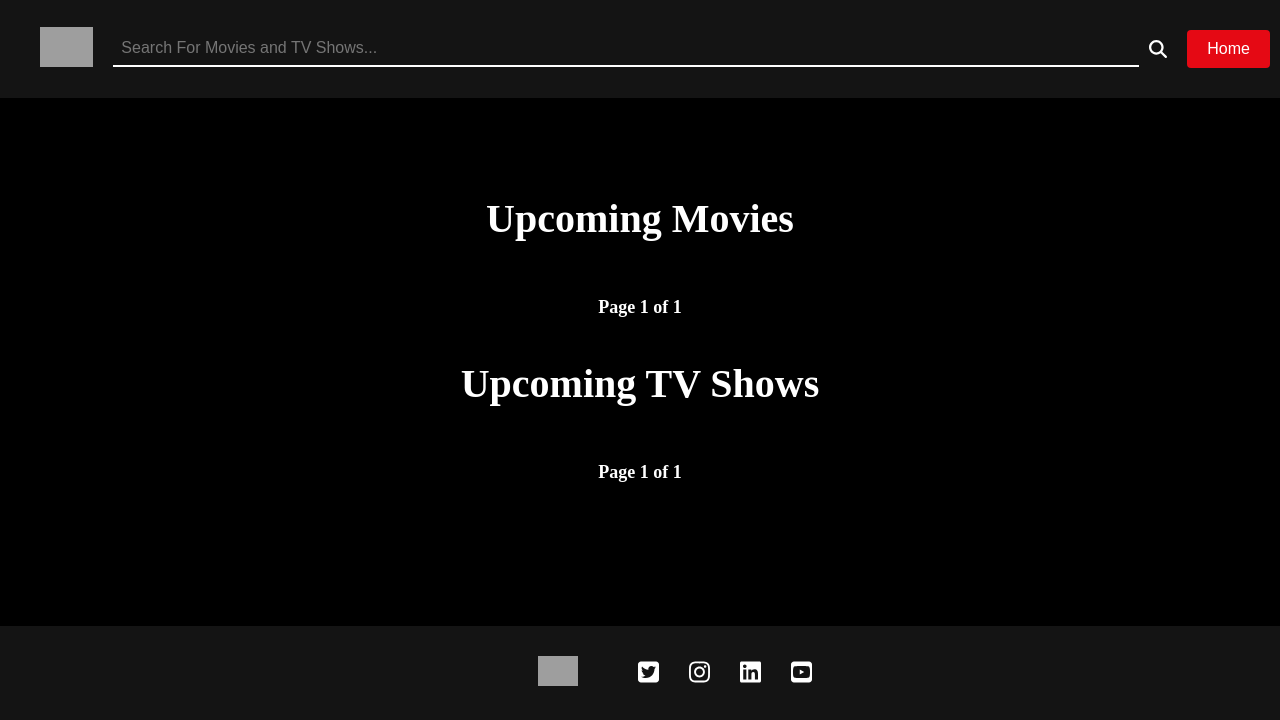
Repository: philh4420/MovieDB-2
Page: /
These files come from the project's save history. The page is drawn as it stood at one moment and after the next save; the edit follows.
The browser window is 1280 px wide. The pictures show the whole page.
Pictures or frames that could not be fetched are drawn as grey boxes. The page's requests for data from a server got no answer. The project was rebuilt for these pictures with package versions that can differ from the ones it lists, and the page was loaded fresh each time. No one was signed in, and anything a server would have sent is missing. Also part of the build but not shown: src/components/SearchResults.js, src/components/MovieDetails.js, src/components/CastDetails.css, src/components/CastDetails.js, src/components/TVShowDetails.css, src/components/TvShowDetails.js, src/App.css.

Above is the page before, as saved 2023-06-21 16:37:37.

### src/index.js
import React from 'react';
import { createRoot } from 'react-dom/client';
import { Router } from 'wouter';
import App from './App';

createRoot(document.getElementById('root')).render(
  <Router>
    <App />
  </Router>
);

### src/App.js
import React from 'react';
import { Router, Route } from 'wouter';
import { library } from '@fortawesome/fontawesome-svg-core';
import { faSearch } from '@fortawesome/free-solid-svg-icons';
import Header from './components/Header';
import Footer from './components/Footer';
import Home from './components/Home';
import SearchResults from './components/SearchResults';
import MovieDetails from './components/MovieDetails';
import CastDetails from './components/CastDetails';
import TVShowDetails from './components/TvShowDetails';
import './App.css';

// Add the Font Awesome icon to the library
library.add(faSearch);

const App = () => {
  return (
    <Router>
      <div>
        <Header />
        <Route path="/" component={Home} />
        <Route path="/search/:query" component={SearchResults} />
        <Route path="/movies/:id" component={MovieDetails} />
        <Route path="/tvshows/:id" component={TVShowDetails} />
        <Route path="/cast/:id" component={CastDetails} />
        <Footer />
      </div>
    </Router>
  );
};

export default App;

### src/components/Header.js
import React, { useState } from 'react';
import { Link, useLocation } from 'wouter';
import { FontAwesomeIcon } from '@fortawesome/react-fontawesome';
import './Header.css';

const Header = () => {
  const [searchQuery, setSearchQuery] = useState('');
  const [, setLocation] = useLocation(); // Get the setLocation function from useLocation

  const handleSearch = (e) => {
    e.preventDefault();

    // Input validation
    if (searchQuery.trim() === '') {
      // Display an error message or disable the submit button
      return;
    }

    const query = encodeURIComponent(searchQuery);
    window.history.pushState(null, '', `/search/${query}`);
    setLocation(`/search/${query}`); // Use setLocation directly

    setSearchQuery('');
  };

  return (
    <header className="header">
      <div className="header__details">
        <div className="header__logo">
          <Link href="/">
            <img src="https://upload.wikimedia.org/wikipedia/commons/0/08/Netflix_2015_logo.svg" alt="Netflix Logo" />
          </Link>
        </div>
        <form onSubmit={handleSearch} className="header__search">
          <label htmlFor="searchInput" className="visually-hidden">
            Search For Movies and TV Shows
          </label>
          <input
            type="text"
            id="searchInput"
            placeholder="Search For Movies and TV Shows..."
            value={searchQuery}
            onChange={(e) => setSearchQuery(e.target.value)}
          />
          <button type="submit">
            <FontAwesomeIcon icon="search" className="search-icon" />
          </button>
        </form>

        <div className="header__buttons">
          <Link href="/">
            <button className="header__home-button">Home</button>
          </Link>
        </div>
      </div>
    </header>
  );
};

export default Header;

### src/components/Home.js
// Home.js
import React, { useEffect, useState } from 'react';
import axios from 'axios';
import PropTypes from 'prop-types';
import './Home.css';
import { Link } from 'wouter';
import { format } from 'date-fns';
import { formatDateUK } from './utils';

const apiKey = 'e7811799fcbd2c5fe1c7eed7a7955b7d';

const Home = () => {
  const [upcomingMovies, setUpcomingMovies] = useState([]);
  const [upcomingTVShows, setUpcomingTVShows] = useState([]);
  const [currentMoviePage, setCurrentMoviePage] = useState(1);
  const [totalMoviePages, setTotalMoviePages] = useState(1);
  const [currentTVShowPage, setCurrentTVShowPage] = useState(1);
  const [totalTVShowPages, setTotalTVShowPages] = useState(1);

  const fetchData = async (url, page, setData, setTotalPages) => {
    try {
      const currentDate = format(new Date(), 'yyyy-MM-dd');
      const response = await axios.get(
        `${url}?api_key=${apiKey}&language=en-US&primary_release_date.gte=${currentDate}&page=${page}`
      );
      const sortedData = response.data.results.sort((a, b) => new Date(a.release_date || a.first_air_date) - new Date(b.release_date || b.first_air_date));
      setData(sortedData);
      setTotalPages(response.data.total_pages);
    } catch (error) {
      console.error(`Error fetching data from ${url}:`, error);
    }
  };

  useEffect(() => {
    fetchData('https://api.themoviedb.org/3/movie/upcoming', currentMoviePage, setUpcomingMovies, setTotalMoviePages);
    fetchData('https://api.themoviedb.org/3/tv/on_the_air', currentTVShowPage, setUpcomingTVShows, setTotalTVShowPages);
  }, [currentMoviePage, currentTVShowPage]);

  const handleMoviePageChange = (pageNumber) => {
    setCurrentMoviePage(pageNumber);
  };

  const handleTVShowPageChange = (pageNumber) => {
    setCurrentTVShowPage(pageNumber);
  };

  return (
    <div className="home">
      <h1 className="title">Upcoming Movies</h1>
      <ul className="home__list">
        {upcomingMovies.map((movie) => (
          <li key={movie.id} className="home__item">
            <img src={`https://image.tmdb.org/t/p/w500/${movie.poster_path}`} alt={movie.title} className="home__image" />
            <div className="home__details">
              <h2 className="home__title">{movie.title}</h2>
              <p className="home__release-date">Release Date: {formatDateUK(movie.release_date)}</p>
              <p className="home__rating">Rating: {movie.vote_average}</p>
              <p className="home__overview">{movie.overview}</p>
              <Link to={`/movies/${movie.id}`}>
                <button className="home__details-button">View Details</button>
              </Link>
            </div>
          </li>
        ))}
      </ul>
      <div className="home__pagination">
        {currentMoviePage > 1 && (
          <button
            className="home__pagination-button home__pagination-previous"
            onClick={() => handleMoviePageChange(currentMoviePage - 1)}
          >
            &#8249;
          </button>
        )}
        <span className="home__pagination-page">
          Page {currentMoviePage} of {totalMoviePages}
        </span>
        {currentMoviePage < totalMoviePages && (
          <button
            className="home__pagination-button home__pagination-next"
            onClick={() => handleMoviePageChange(currentMoviePage + 1)}
          >
            &#8250;
          </button>
        )}
      </div>

      <h1 className="title">Upcoming TV Shows</h1>
      <ul className="home__list">
        {upcomingTVShows.map((tvShow) => (
          <li key={tvShow.id} className="home__item">
            <img src={`https://image.tmdb.org/t/p/w500/${tvShow.poster_path}`} alt={tvShow.name} className="home__image" />
            <div className="home__details">
              <h2 className="home__title">{tvShow.name}</h2>
              <p className="home__air-date">Air Date: {formatDateUK(tvShow.first_air_date)}</p>
              <p className="home__rating">Rating: {tvShow.vote_average}</p>
              <p className="home__overview">{tvShow.overview}</p>
              <Link to={`/tvshows/${tvShow.id}`}>
                <button className="home__details-button">View Details</button>
              </Link>
            </div>
          </li>
        ))}
      </ul>
      <div className="home__pagination">
        {currentTVShowPage > 1 && (
          <button
            className="home__pagination-button home__pagination-previous"
            onClick={() => handleTVShowPageChange(currentTVShowPage - 1)}
          >
            &#8249;
          </button>
        )}
        <span className="home__pagination-page">
          Page {currentTVShowPage} of {totalTVShowPages}
        </span>
        {currentTVShowPage < totalTVShowPages && (
          <button
            className="home__pagination-button home__pagination-next"
            onClick={() => handleTVShowPageChange(currentTVShowPage + 1)}
          >
            &#8250;
          </button>
        )}
      </div>
    </div>
  );
};

Home.propTypes = {};

export default Home;

### src/components/Header.css
.header {
  background-color: #141414;
  padding: 1.25rem;
  position: fixed;
  top: 0;
  left: 0;
  width: 100%;
  z-index: 100;
}

.header__details {
  display: flex;
  align-items: center;
  justify-content: space-between;
  max-width: 81.25rem;
  margin: 0 auto;
}

.header__logo img {
  height: 2.5rem;
  cursor: pointer;
}

.header__search {
  display: flex;
  align-items: center;
  flex-grow: 1;
  margin-left: 1.25rem;
  position: relative;
}

.header__search #searchInput {
  width: 100%;
  background-color: transparent;
  border: none;
  border-bottom: 0.125rem solid white;
  color: white;
  padding: 0.5rem;
  font-size: 1rem;
  transition: border-color 0.3s ease;
}

.header__search #searchInput:focus {
  outline: none;
  border-color: #e50914;
}

.header__search .visually-hidden {
  position: absolute;
  left: -9999rem;
}

.header__search button {
  background-color: transparent;
  border: none;
  cursor: pointer;
  padding: 0;
  margin-left: 0.625rem;
}

.header__search button .search-icon {
  color: white;
  font-size: 1.125rem;
  transition: color 0.3s ease;
}

.header__search button:hover .search-icon {
  color: #e50914;
}

.header__buttons {
  display: flex;
  align-items: center;
  margin: 0.625rem;
}

.header__home-button {
  background-color: #e50914;
  color: white;
  border: none;
  font-size: 1rem;
  padding: 0.625rem 1.25rem;
  border-radius: 0.25rem;
  cursor: pointer;
  transition: background-color 0.3s ease;
  margin-left: 0.625rem;
}

.header__home-button:hover {
  background-color: #b2070a;
}

.header__advanced-search-button {
  background-color: #e50914;
  color: white;
  border: none;
  font-size: 1rem;
  padding: 0.625rem 1.25rem;
  border-radius: 0.25rem;
  cursor: pointer;
  transition: background-color 0.3s ease;
  margin-left: 0.625rem;
}

.header__advanced-search-button:hover {
  background-color: #b2070a;
}



/* Added styles for responsiveness */
@media screen and (max-width: 81.25rem) {
  .header__details {
    padding: 0 1.25rem;
  }
}

@media screen and (max-width: 36rem) {
  .header__details {
    flex-direction: column;
    align-items: flex-start;
  }

  .header__search {
    margin: 0.625rem 0;
  }

  .header__home-button {
    margin-top: 0.625rem;
    margin-left: auto;
  }
}

### src/components/Footer.css
.footer {
  background-color: #141414;
  padding: 1.25rem;
  color: white;
  margin-top: 5.25rem;
  bottom: 0;
  left: 0;
  position: fixed;
  width: 100%;
  z-index: 100;
}

.footer__details {
  display: flex;
  align-items: center;
  justify-content: center;
  max-width: 81.25rem;
  margin: 0 auto;
}

.footer__logo {
  padding: 0.625rem 3.125rem;
}

.footer__logo img {
  height: 1.875rem;
  cursor: pointer;
}

.footer__social-icons-list {
  display: flex;
  list-style-type: none;
  margin: 0;
  padding: 0;
}

.footer__social-icon-item {
  margin-right: 0.625rem;
  padding: 0.625rem 0.625rem;
}

.footer__social-icons-list a {
  color: white;
  font-size: 1.5rem;
  transition: color 0.3s ease;
}

.footer__social-icons-list a:hover {
  color: #e50914;
}

@media screen and (max-width: 36rem) {
  .footer__details {
    flex-wrap: wrap;
  }

  /* .footer__logo {
    margin-bottom: 1.25rem;
  } */

  .footer__social-icons-list {
    justify-content: center;
  }
}

### src/components/Home.css
.home {
  background-color: #000;
  padding: 5rem 0 6rem 0;
}

.title {
  display: flex;
  justify-content: center;
  align-items: center;
  font-size: 2.5rem;
  font-weight: bold;
  margin-bottom: 1.25rem;
  color: #fff;
}

.home__list {
  display: grid;
  grid-template-columns: repeat(auto-fit, minmax(18rem, 1fr));
  grid-gap: 1.25rem;
  padding-right: 2.5rem;
}

.home__item {
  display: flex;
  flex-direction: column;
  background-color: #000;
  border: 1px solid #fff;
  border-radius: 0.25rem;
  overflow: hidden;
  box-shadow: 0 0.125rem 0.25rem rgba(0, 0, 0, 0.1);
}

.home__item:hover {
  transform: scale(1.01);
}

.home__image {
  width: 100%;
  height: auto;
  border-radius: 0.25rem 0.25rem 0 0;
}

.home__details {
  padding: 0.625rem;
  color: #fff;
}

.home__title {
  font-size: 1.375rem;
  font-weight: bold;
  margin-bottom: 0.3125rem;
}

.home__release-date,
.home__air-date,
.home__rating {
  font-size: 1.25rem;
  margin-bottom: 0.3125rem;
}

.home__overview {
  font-size: 1.25rem;
  line-height: 1.4;
  max-height: 31.25rem;
  overflow: hidden;
  text-overflow: ellipsis;
}

.home__pagination {
  display: flex;
  justify-content: center;
  align-items: center;
  margin-top: 1.25rem;
  padding: 15px;
}

.home__pagination-button {
  display: flex;
  align-items: center;
  justify-content: center;
  width: 2.5rem;
  height: 2.5rem;
  background-color: #e50914;
  color: #fff;
  border: none;
  border-radius: 50%;
  font-size: 1.25rem;
  cursor: pointer;
  transition: background-color 0.3s;
}

.home__pagination-button:hover {
  background-color: #b2070a;
}

.home__pagination-page {
  margin: 0 0.625rem;
  font-size: 1.125rem;
  font-weight: bold;
  color: #fff;
}

.home__pagination-total-pages {
  padding-right: 0.625rem;
}

.home__details-button {
  background-color: #e50914;
  color: #fff;
  border: none;
  border-radius: 0.25rem;
  font-size: 1.25rem;
  font-weight: bold;
  padding: 0.625rem 1.25rem;
  cursor: pointer;
  transition: background-color 0.3s;
}

.home__details-button:hover {
  background-color: #b2070a;
}

@media screen and (max-width: 37.5rem) {
  .home {
    padding: 6.25rem 0;
  }

  .home__list {
    grid-template-columns: repeat(auto-fit, minmax(12.5rem, 1fr));
  }

  .home__item {
    flex-direction: row;
  }

  .home__image {
    width: 6.25rem;
    border-radius: 0.25rem 0 0 0.25rem;
  }

  .home__details {
    padding: 0.625rem;
  }
}

@media screen and (max-width: 48rem) {
  .home {
    padding: 5rem 0;
  }

  .home__list {
    grid-template-columns: repeat(auto-fit, minmax(12.5rem, 1fr));
  }

  .home__item {
    flex-direction: column;
  }

  .home__image {
    width: 100%;
    border-radius: 0.25rem 0.25rem 0 0;
  }

  .home__details {
    padding: 0.625rem;
  }
}



@media screen and (max-width: 30rem) {
  .home__item {
    border-radius: 0;
    box-shadow: none;
    border: none;
  }

  .home__image {
    width: 100%;
    border-radius: 0;
  }

  .home__details {
    padding: 0.625rem;
  }
}

### src/components/utils.js
import { format } from 'date-fns';

export const formatDateUK = (dateString) => {
  const options = { day: 'numeric', month: 'long', year: 'numeric' };
  return format(new Date(dateString), 'P', options);
};

### src/components/SearchResults.css
.search-results {
  background-color: #000;
  color: #fff;
  font-size: 1rem;
  padding: 5rem 1.25rem;
}

.search-results-title {
  display: flex;
  justify-content: center;
  align-items: center;
  font-size: 2.5rem;
  font-weight: bold;
  margin-bottom: 1.25rem;
  color: #fff;
}

.search__details-button {
  background-color: #e50914;
  color: #fff;
  border: none;
  border-radius: 0.25rem;
  font-size: 1.25rem;
  font-weight: bold;
  padding: 0.625rem 1.25rem;
  cursor: pointer;
  transition: background-color 0.3s;
}

.search__details-button:hover {
  background-color: #b2070a;
}

.movie-results-list,
.tv-show-results-list {
  display: grid;
  grid-template-columns: repeat(auto-fit, minmax(14rem, 1fr));
  grid-gap: 1.25rem;
  padding-right: 2.5rem;
}

.movie-result-item,
.tv-show-result-item {
  display: flex;
  flex-direction: column;
  background-color: #000;
  border: 1px solid #fff;
  border-radius: 0.25rem;
  overflow: hidden;
  box-shadow: 0 0.125rem 0.25rem rgba(0, 0, 0, 0.1);
}

.movie-result-item:hover,
.tv-show-result-item:hover {
  transform: scale(1.01);
}

.home__image {
  width: 100%;
  height: auto;
  border-radius: 0.25rem 0.25rem 0 0;
}

.movie-result-details,
.tv-show-result-details {
  padding: 0.625rem;
  color: #fff;
}

.home__title {
  font-size: 1.375rem;
  font-weight: bold;
  margin-bottom: 0.3125rem;
}

.home__release-date,
.home__air-date,
.home__rating {
  font-size: 1.25rem;
  margin-bottom: 0.3125rem;
}

.home__overview {
  font-size: 1.25rem;
  line-height: 1.4;
  max-height: 12.5rem;
  overflow: hidden;
  text-overflow: ellipsis;
}

.home__pagination {
  display: flex;
  justify-content: center;
  align-items: center;
  margin-top: 1.25rem;
  padding: 0.9375rem;
}

.home__pagination-button {
  display: flex;
  align-items: center;
  justify-content: center;
  width: 2.5rem;
  height: 2.5rem;
  background-color: #e50914;
  color: #fff;
  border: none;
  border-radius: 50%;
  font-size: 1.25rem;
  cursor: pointer;
  transition: background-color 0.3s;
}

.home__pagination-button:hover {
  background-color: #b2070a;
}

.home__pagination-page {
  margin: 0 0.625rem;
  font-size: 1.125rem;
  font-weight: bold;
  color: #fff;
}

@media screen and (max-width: 37.5rem) {
  .search-results {
    padding: 10rem 1.25rem;
  }

  .movie-results-list,
  .tv-show-results-list {
    grid-template-columns: repeat(auto-fit, minmax(12.5rem, 1fr));
  }

  .home__image {
    width: 6.25rem;
    border-radius: 0.25rem 0 0 0.25rem;
  }

  .movie-result-details,
  .tv-show-result-details {
    padding: 0.625rem;
  }
}

@media screen and (max-width: 48rem) {
  .search-results {
    padding: 8rem 1.25rem;
  }

  .movie-results-list,
  .tv-show-results-list {
    grid-template-columns: repeat(auto-fit, minmax(18.75rem, 1fr));
  }

  .home__image {
    width: 9.375rem;
    border-radius: 0.25rem 0 0 0.25rem;
  }

  .movie-result-details,
  .tv-show-result-details {
    padding: 0.625rem;
  }
}

@media screen and (max-width: 56.25rem) {
  .search-results-title {
    font-size: 2rem;
  }
}

### src/components/MovieDetails.css
body {
  background-color: #000;
  color: #fff;
  font-size: 1rem;
  padding: 5rem 1.25rem 5rem 1.25rem;
}

.movie-details__title {
  font-size: 2.5rem;
  font-weight: bold;
}

.movie-details__container {
  display: flex;
  gap: 2.5rem;
  margin: 2.5rem;
}

.movie-details__poster {
  width: 31.25rem;
  height: 100%;
}

.movie-details__info {
  flex: 1;
}

.movie-details__overview {
  font-size: 1.4rem;
  margin-bottom: 1.25rem;
}

.movie-details__release-date,
.movie-details__runtime,
.movie-details__rating,
.movie-details__genres {
  font-size: 1.2rem;
  margin-bottom: 0.625rem;
}

.movie-details__cast {
  font-size: 1.4rem;
  margin-top: 2.5rem;
  margin-bottom: 1.25rem;
}

.movie-details__cast-images {
  display: flex;
  gap: 1.875rem;
  flex-wrap: wrap;
}

.movie-details__cast-image {
  width: 12.5rem;
  text-align: center;
  margin-bottom: 1.25rem;
}

.movie-details__cast-image-poster {
  width: 11.25rem;
  height: 16.875rem;
  object-fit: cover;
}

.movie-details__cast-image-name {
  font-size: 1rem;
  margin-top: 0.625rem;
}

.movie-details__cast-image-button {
  background-color: #f40612;
  color: #fff;
  border: none;
  border-radius: 0.4rem;
  font-size: 1.4rem;
  font-weight: bold;
  padding: 0.8rem 1.6rem;
  cursor: pointer;
  transition: background-color 0.3s;
  text-decoration: none !important;
  display: inline-block;
  margin-top: 0.8rem;
}

.movie-details__cast-image-button:hover {
  background-color: #e20a10;
}

.trailer-button {
  background-color: #f40612;
  color: #fff;
  border: none;
  border-radius: 0.4rem;
  font-size: 1.4rem;
  font-weight: bold;
  padding: 0.8rem 1.6rem;
  cursor: pointer;
  transition: background-color 0.3s;
  text-decoration: none !important;
  display: inline-block;
  margin-top: 0.8rem;
}

.trailer-button:hover {
  background-color: #e20a10;
}

.modal {
  display: flex;
  flex-direction: column;
  align-items: center;
  justify-content: center;
  position: fixed;
  top: 10%;
  left: 11%;
  width: 75%;
  height: 75%;
  z-index: 9999;
}

.modal__close {
  position: absolute;
  top: 0.001rem;
  right: 0.25rem;
  font-size: 3rem;
  color: #fff;
  cursor: pointer;
}

.modal__video {
  width: 1600px;
  height: 820px;
  padding-bottom: 56.25%;
  position: relative;
}

.modal__video iframe {
  width: 100%;
  height: 100%;
  position: absolute;
  top: 0;
  left: 0;
}

@media screen and (max-width: 37.5rem) {
  .movie-details__container {
    flex-direction: column;
    gap: 1.25rem;
  }

  .movie-details__poster {
    width: 100%;
    max-width: 31.25rem;
  }

  .movie-details__cast-images {
    gap: 0.625rem;
  }

  .movie-details__cast-image {
    width: 100%;
    max-width: 12.5rem;
  }

  .movie-details__cast-image-poster {
    width: 100%;
    height: auto;
  }

  .movie-details__cast-image-button {
    font-size: 1.2rem;
    padding: 0.6rem 1rem;
    margin-top: 0.4rem;
  }
}

@media screen and (max-width: 56.25rem) {
  .movie-details__poster {
    max-width: 50%;
  }

  .movie-details__cast-images {
    gap: 1.25rem;
  }

  .movie-details__cast-image {
    max-width: 25%;
  }

  .movie-details__cast-image-button {
    font-size: 1.2rem;
    padding: 0.6rem 1rem;
    margin-top: 0.8rem;
  }
}

Loaded but not shown: public/index.html (common file); src/components/Footer.js (69 lines, source omitted)

After the next save:
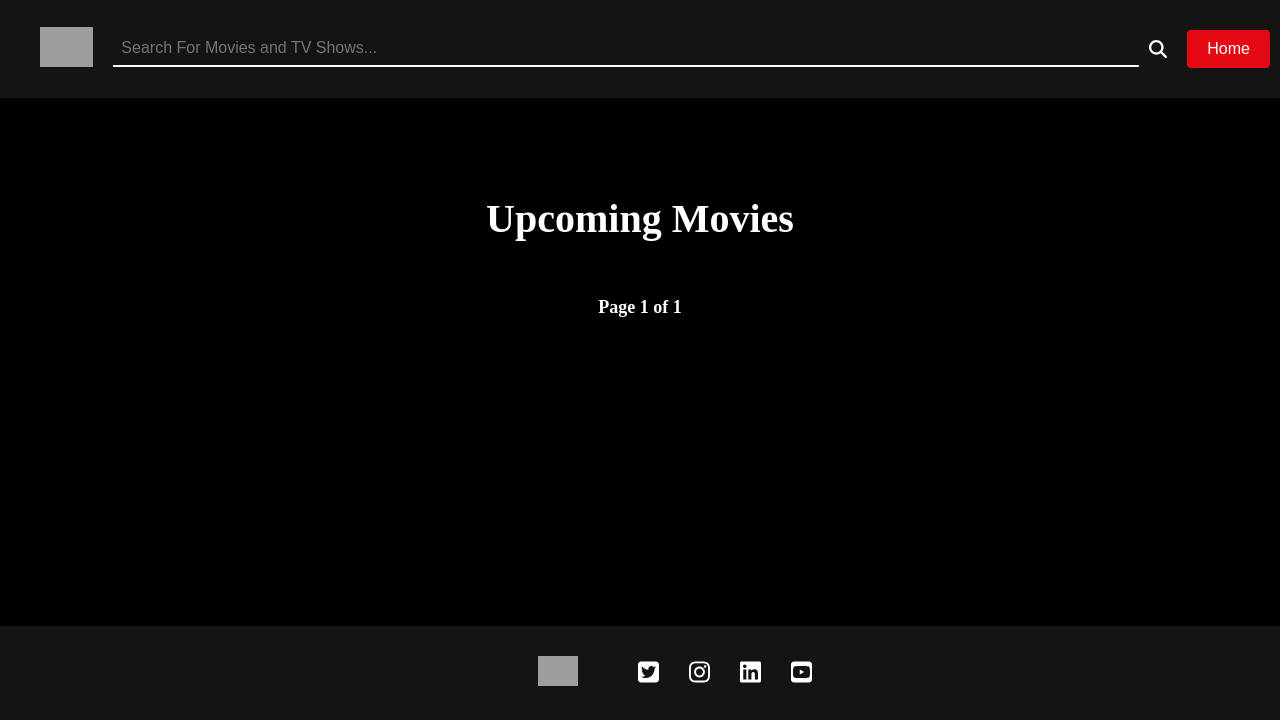
Saved 2 min 49 s later.
--- a/src/components/Home.js
+++ b/src/components/Home.js
@@ -11,19 +11,16 @@ const apiKey = 'e7811799fcbd2c5fe1c7eed7a7955b7d';
 
 const Home = () => {
   const [upcomingMovies, setUpcomingMovies] = useState([]);
-  const [upcomingTVShows, setUpcomingTVShows] = useState([]);
   const [currentMoviePage, setCurrentMoviePage] = useState(1);
   const [totalMoviePages, setTotalMoviePages] = useState(1);
-  const [currentTVShowPage, setCurrentTVShowPage] = useState(1);
-  const [totalTVShowPages, setTotalTVShowPages] = useState(1);
 
   const fetchData = async (url, page, setData, setTotalPages) => {
     try {
-      const currentDate = format(new Date(), 'yyyy-MM-dd');
+      const currentDate = format(new Date(), 'yyyy-MM');
       const response = await axios.get(
         `${url}?api_key=${apiKey}&language=en-US&primary_release_date.gte=${currentDate}&page=${page}`
       );
-      const sortedData = response.data.results.sort((a, b) => new Date(a.release_date || a.first_air_date) - new Date(b.release_date || b.first_air_date));
+      const sortedData = response.data.results.sort((a, b) => new Date(a.release_date) - new Date(b.release_date));
       setData(sortedData);
       setTotalPages(response.data.total_pages);
     } catch (error) {
@@ -33,15 +30,10 @@ const Home = () => {
 
   useEffect(() => {
     fetchData('https://api.themoviedb.org/3/movie/upcoming', currentMoviePage, setUpcomingMovies, setTotalMoviePages);
-    fetchData('https://api.themoviedb.org/3/tv/on_the_air', currentTVShowPage, setUpcomingTVShows, setTotalTVShowPages);
-  }, [currentMoviePage, currentTVShowPage]);
+  }, [currentMoviePage]);
 
   const handleMoviePageChange = (pageNumber) => {
     setCurrentMoviePage(pageNumber);
-  };
-
-  const handleTVShowPageChange = (pageNumber) => {
-    setCurrentTVShowPage(pageNumber);
   };
 
   return (
@@ -84,45 +76,6 @@ const Home = () => {
           </button>
         )}
       </div>
-
-      <h1 className="title">Upcoming TV Shows</h1>
-      <ul className="home__list">
-        {upcomingTVShows.map((tvShow) => (
-          <li key={tvShow.id} className="home__item">
-            <img src={`https://image.tmdb.org/t/p/w500/${tvShow.poster_path}`} alt={tvShow.name} className="home__image" />
-            <div className="home__details">
-              <h2 className="home__title">{tvShow.name}</h2>
-              <p className="home__air-date">Air Date: {formatDateUK(tvShow.first_air_date)}</p>
-              <p className="home__rating">Rating: {tvShow.vote_average}</p>
-              <p className="home__overview">{tvShow.overview}</p>
-              <Link to={`/tvshows/${tvShow.id}`}>
-                <button className="home__details-button">View Details</button>
-              </Link>
-            </div>
-          </li>
-        ))}
-      </ul>
-      <div className="home__pagination">
-        {currentTVShowPage > 1 && (
-          <button
-            className="home__pagination-button home__pagination-previous"
-            onClick={() => handleTVShowPageChange(currentTVShowPage - 1)}
-          >
-            &#8249;
-          </button>
-        )}
-        <span className="home__pagination-page">
-          Page {currentTVShowPage} of {totalTVShowPages}
-        </span>
-        {currentTVShowPage < totalTVShowPages && (
-          <button
-            className="home__pagination-button home__pagination-next"
-            onClick={() => handleTVShowPageChange(currentTVShowPage + 1)}
-          >
-            &#8250;
-          </button>
-        )}
-      </div>
     </div>
   );
 };
